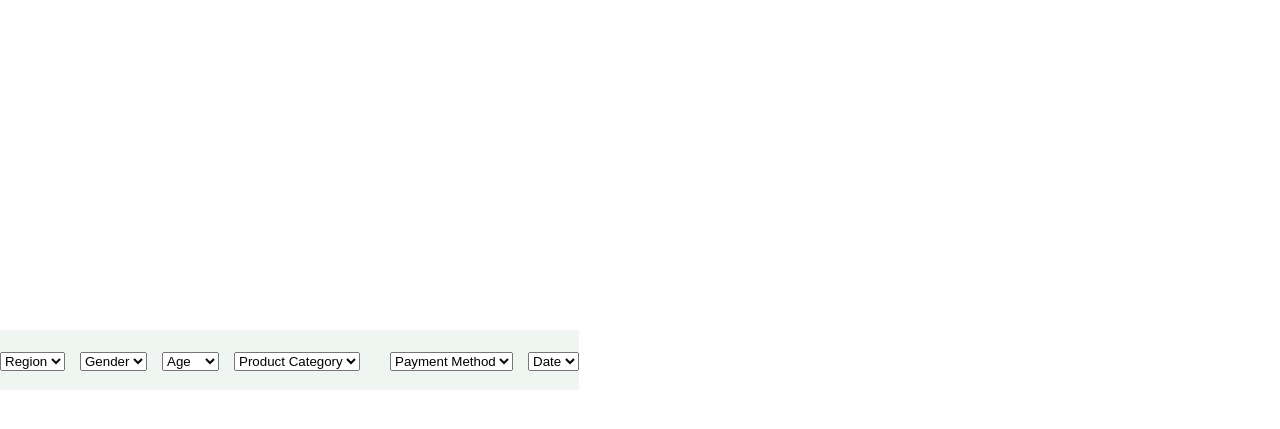
Repository: SandeepYadav18717/TruEstae
Page: / (app in TruEstae/)
An editor plug-in stored every save of this project. The page is shown before and after a run of saves, followed by the edit.
The browser window is 1280 px wide. The pictures show the whole page.
The project was rebuilt for these pictures with package versions that can differ from the ones it lists, and the page was loaded fresh each time. Also part of the build but not shown: TruEstae/vite.config.js, TruEstae/src/App.css, TruEstae/src/Styles/Logo.css, TruEstae/src/Pages/Logo.jsx, TruEstae/src/Styles/search_bar.css, TruEstae/src/components/search_bar.jsx.

Above is the page before, as saved 2025-12-07 00:56:13.

### TruEstae/index.html
<!doctype html>
<html lang="en">
  <head>
    <meta charset="UTF-8" />
    <link rel="icon" type="image/svg+xml" href="/vite.svg" />
    <meta name="viewport" content="width=device-width, initial-scale=1.0" />
    <title>javascript</title>
  </head>
  <body>
    <div id="root"></div>
    <script type="module" src="/src/main.jsx"></script>
  </body>
</html>

### TruEstae/src/App.jsx
import { useState } from 'react'
import reactLogo from './assets/react.svg'
import viteLogo from '/vite.svg'
import './App.css'

import Logo from './Pages/Logo.jsx'
import SearchBar from './components/search_bar.jsx'
import Home from './Pages/Home.jsx'

function App() {
  return (
    <>


     <Home />
    </>
  )
}

export default App

### TruEstae/src/Pages/Home.jsx
import Logo from "./Logo.jsx";
import SearchBar from "../components/search_bar.jsx";
import "../Styles/Home.css";
function Home() {
  return (
    <>
      <div className="Container_Ui">
        <div id="Customer_Region">

          <select>
  <option value="" hidden>Region</option>
  <option>Central</option>
  <option>North</option>
  <option>South</option>
  <option>East</option>
  <option>West</option>
</select>

          </div>

      <div id="Gender">

        <select>
            <option value="" hidden>Gender</option>
          <option>Male</option>
          <option>Female</option>
        </select>
      </div>

      <div id="Age">

        <select>
            <option value="" hidden>Age</option>
          <option>18-25</option>
          <option>26-35</option>
          <option>36-50</option>
          <option>50+</option>
        </select>
      </div>

      <div id="Product_Category">
        <select>
            <option value="" hidden>Product Category</option>
          <option>Beauty</option>
          <option>Electronic</option>
          <option>Clothing</option>
        </select>
      </div>

      <div id="Tags"></div>

      <div id="Payment_Method">

        <select>
            <option value="" hidden>Payment Method</option>
          <option>Wallet</option>
          <option>Cash</option>
          <option>Card</option>
          <option>UPI</option>
          <option>Net Banking</option>
        </select>
      </div>

      <div id="Date">
        <select>
        <option value="" hidden>Date</option>
       <input type="date" />
        </select>
      </div>
</div>
    </>
  );
}
export default Home;

### TruEstae/src/Styles/Home.css
.Container_Ui {
  display: flex;
  gap:15px;
  flex-direction: row;
  align-items: center;
  justify-content: center;
  height: 100vh;
  background-color: #eff6f1;
  height:60px;
  width: 100%;
}

Loaded but not shown: TruEstae/src/main.jsx (common file); TruEstae/src/index.css (common file)

After the next 3 saves:
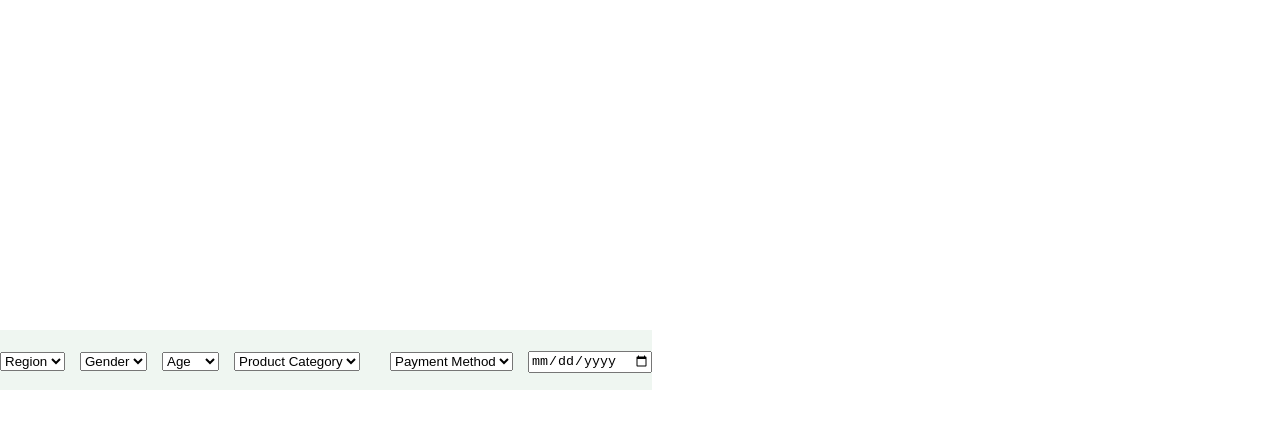
The 3 saves are shown as one change because they came seconds apart.
The last was saved 11 s later.
--- a/TruEstae/src/Pages/Home.jsx
+++ b/TruEstae/src/Pages/Home.jsx
@@ -62,10 +62,10 @@ function Home() {
       </div>
 
       <div id="Date">
-        <select>
-        <option value="" hidden>Date</option>
+
+
        <input type="date" />
-        </select>
+
       </div>
 </div>
     </>
